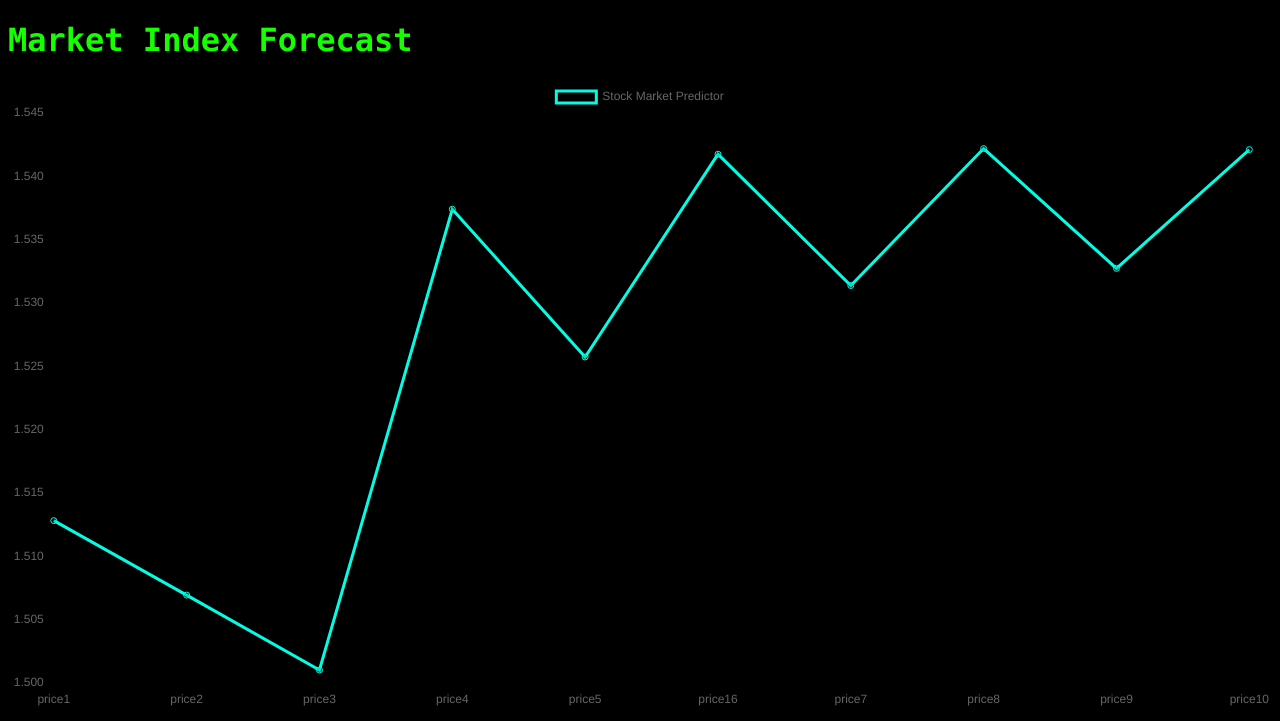
Repository: blackout41/machineLearning
Page: goldIndex.html
The author's editor kept a record of every edit. The page is drawn from the files as they stood at one moment, then again after the next edit.
The browser window is 1280 px wide. The pictures show the whole page.
Some web libraries are served in a nearby version.

Above is the page before.

### goldIndex.html
<!DOCTYPE html>
<html>
<head>
    <meta charset="utf-8" />
    <meta http-equiv="x-UA-Compatible" content="IE=edge">
    <title>Machine Learning Lab</title>
    <meta name="viewport" content="width=device-width, inital-scale=1">
    <link rel="stylesheet" href="./style.css">
</head>
<body>

        <h1>Market Index Forecast</h1>


        <div id="stock-value1"> </div>
        <div>
            <canvas id="myChart" width: "100px" height:"100px"></canvas>
        </div>


        <script src="https://cdn.jsdelivr.net/npm/chart.js@2.8.0"></script>
        <script type="text/javascript" src="brain.js"></script>
        <!--<script type="text/javascript" src="training-data.js"></script>-->
        <script type="text/javascript" src="goldIndex.js"></script>


</body>

</html>

### style.css

body {
    font: normal 16px Consolas,monaco,monospace;
    background-color: black;
    color: #15ff00;
}

h1, h2, h3 {
    font-size: 32px;
}

### goldIndex.js
//const brain = require('brain.js');

const net = new brain.recurrent.LSTMTimeStep({
    inputSize: 1,
    hiddenLayers: [10],
    outputSize: 1
});

//Same test as previous, but combined on a single set
const trainingData = [
    [
        1.496,
        1.507,
        1.502,
        1.497,
        1.527,
        1.527,
        1.545,
        1.526,


    ]
];

net.train(trainingData, );

let result = net.run([1.496]);
let forecastData = net.forecast([1.545], 10)

console.log(result);

console.log(forecastData);
let labelData = ["price1", "price2", "price3", "price4", "price5","price16", "price7", "price8", "price9","price10"];

var stockNextVal = parseFloat(document.getElementById("stock-value1").innerHTML);
var ctx = document.getElementById('myChart').getContext('2d');
var chart = new Chart(ctx, {
    // The type of chart we want to create
    type: 'line',

    // The data for our dataset
    data: {
        labels: labelData,
        datasets: [{
            label: 'Stock Market Predictor',
            //backgroundColor: 'rgb(255, 99, 132)',
            borderColor: '#03fce3',
            data: forecastData,
            lineTension: 0
        }]
    },

    // Configuration options go here
    options: {
        bezierCurve: false
    }
});

Loaded but not shown: brain.js (library)

After the next edit:
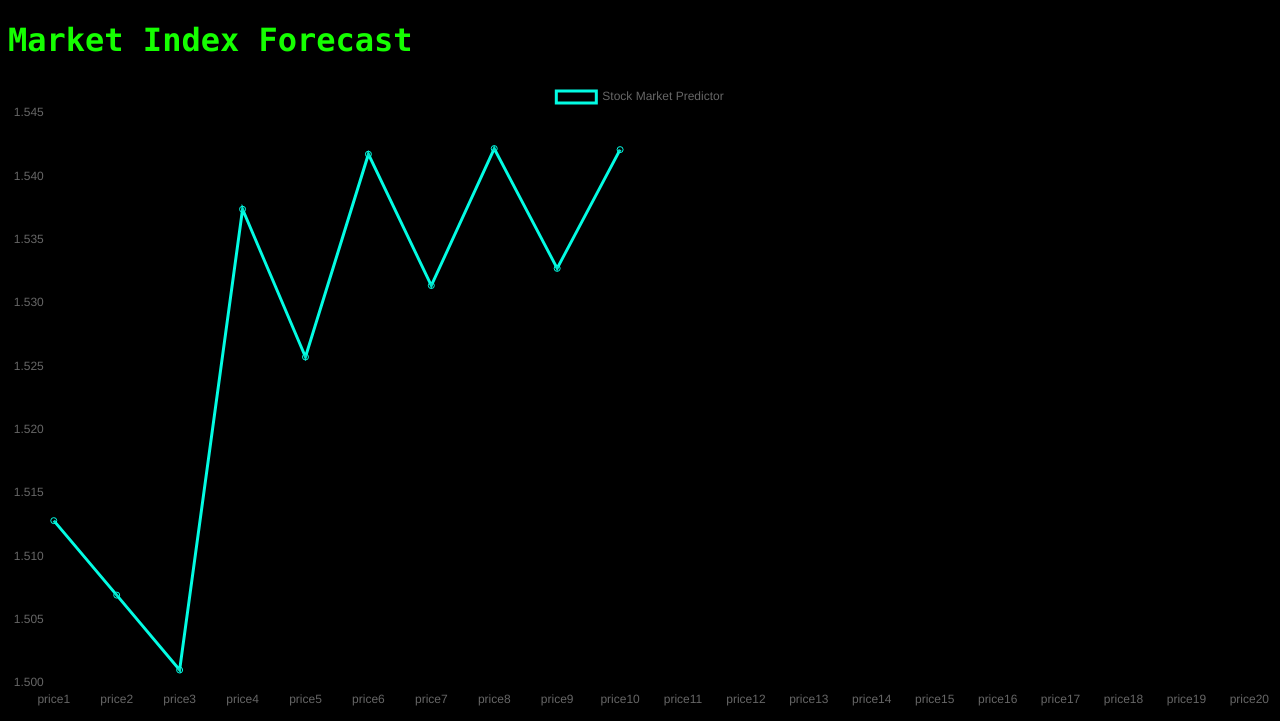
The edit:
--- a/goldIndex.js
+++ b/goldIndex.js
@@ -30,7 +30,9 @@
 console.log(result);
 
 console.log(forecastData);
-let labelData = ["price1", "price2", "price3", "price4", "price5","price16", "price7", "price8", "price9","price10"];
+let labelData = ["price1", "price2", "price3", "price4", "price5","price6", "price7", "price8", "price9","price10",
+"price11", "price12", "price13", "price14", "price15","price16", "price17", "price18", "price19","price20"
+];
 
 var stockNextVal = parseFloat(document.getElementById("stock-value1").innerHTML);
 var ctx = document.getElementById('myChart').getContext('2d');
